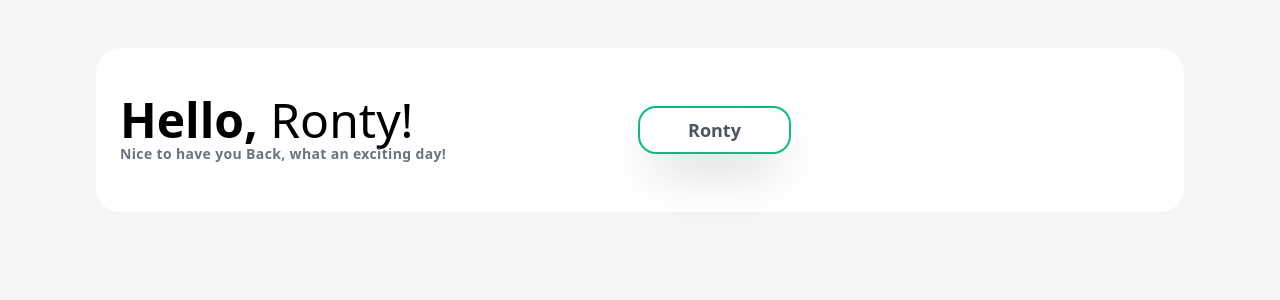
Repository: coolronts/Vite-Tailwind
Page: /
An editor plug-in stored every save of this project. The page is shown before and after the next save, followed by the edit.
The browser window is 1280 px wide. The pictures show the whole page.
The project was rebuilt for these pictures with package versions that can differ from the ones it lists, and the page was loaded fresh each time. Also part of the build but not shown: vite.config.js, src/components/Card/index.jsx.

Above is the page before, as saved 2021-11-26 07:11:13.

After the next save:
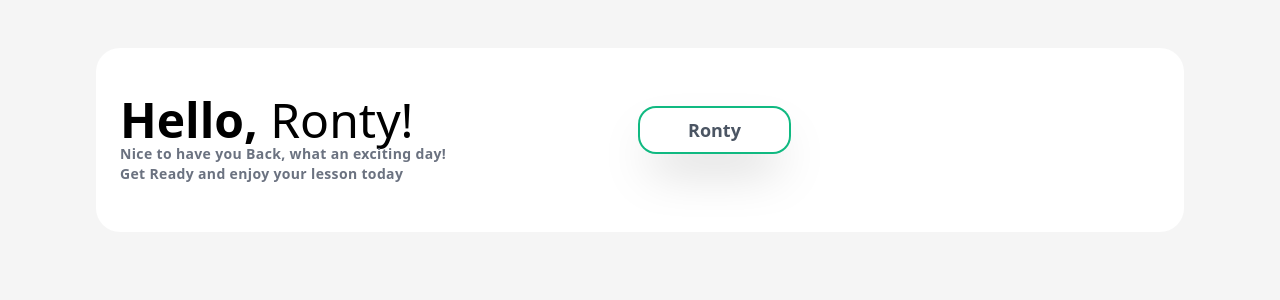
Saved 43 s later.
--- a/src/App.jsx
+++ b/src/App.jsx
@@ -15,6 +15,8 @@ function App() {
           <div>
             <h3 className="text-5xl font-sans font-bold">Hello, <span className="font-light">Ronty!</span> </h3>
             <h5 className="text-sm font-semibold tracking-wide text-gray-500">Nice to have you Back, what an exciting day!</h5>
+            <h5 className="text-sm font-semibold tracking-wide text-gray-500">Get Ready and enjoy your lesson today</h5>
+
           </div>
 
         </div>
